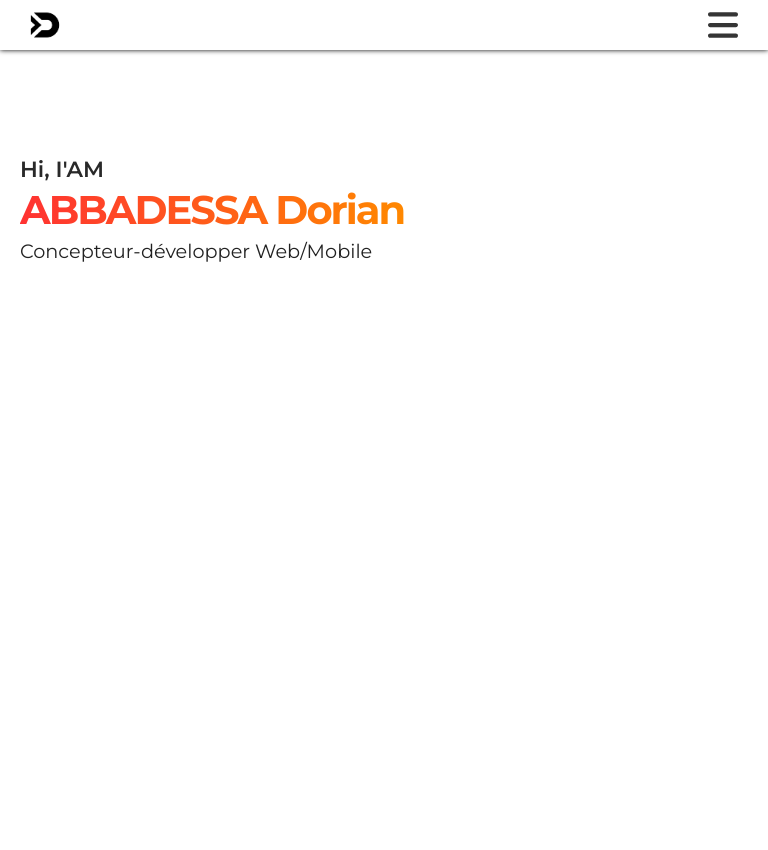
Repository: DorianABDS/Portfolio-ABBADESSA-Dorian
Page: index.html
An editor plug-in stored every save of this project. The page is shown before and after the next save, followed by the edit.
The browser window is 768 px wide. The pictures show the whole page.

Above is the page before, as saved 2024-11-26 20:38:29.

After the next save:
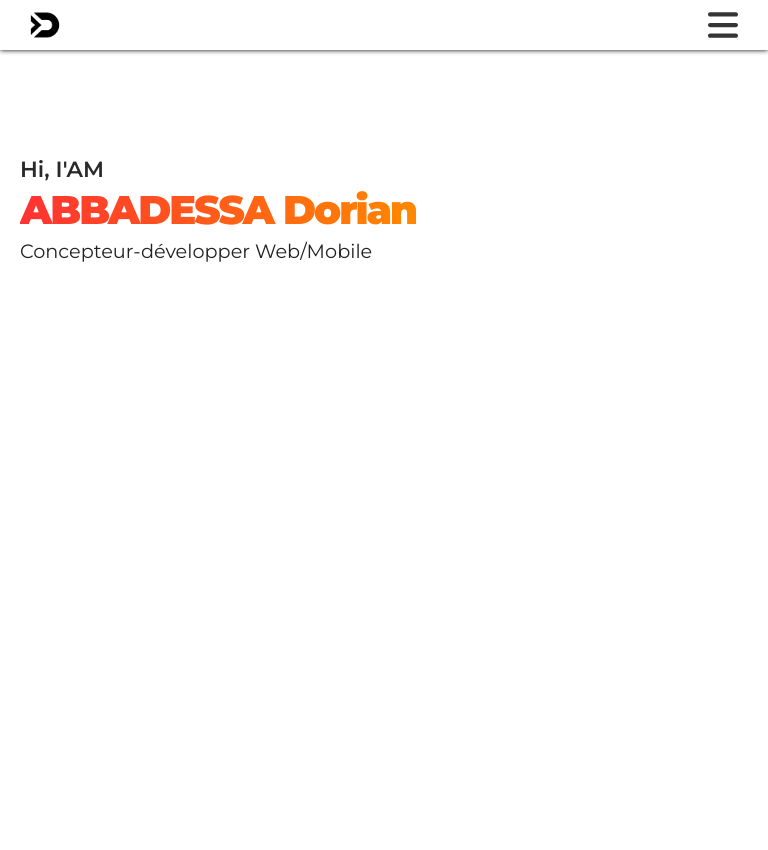
Saved 2 min 31 s later.
--- a/style.css
+++ b/style.css
@@ -162,7 +162,7 @@ html, body {
         line-height: 100%;
         font-size: 40px;
         letter-spacing: -2px;
-        font-weight: 700;
+        font-weight: 900;
         background: linear-gradient(90deg, rgba(255,50,50,1) 0%, rgba(255,136,0,1) 100%);
         -webkit-background-clip: text;
         -webkit-text-fill-color: transparent;
